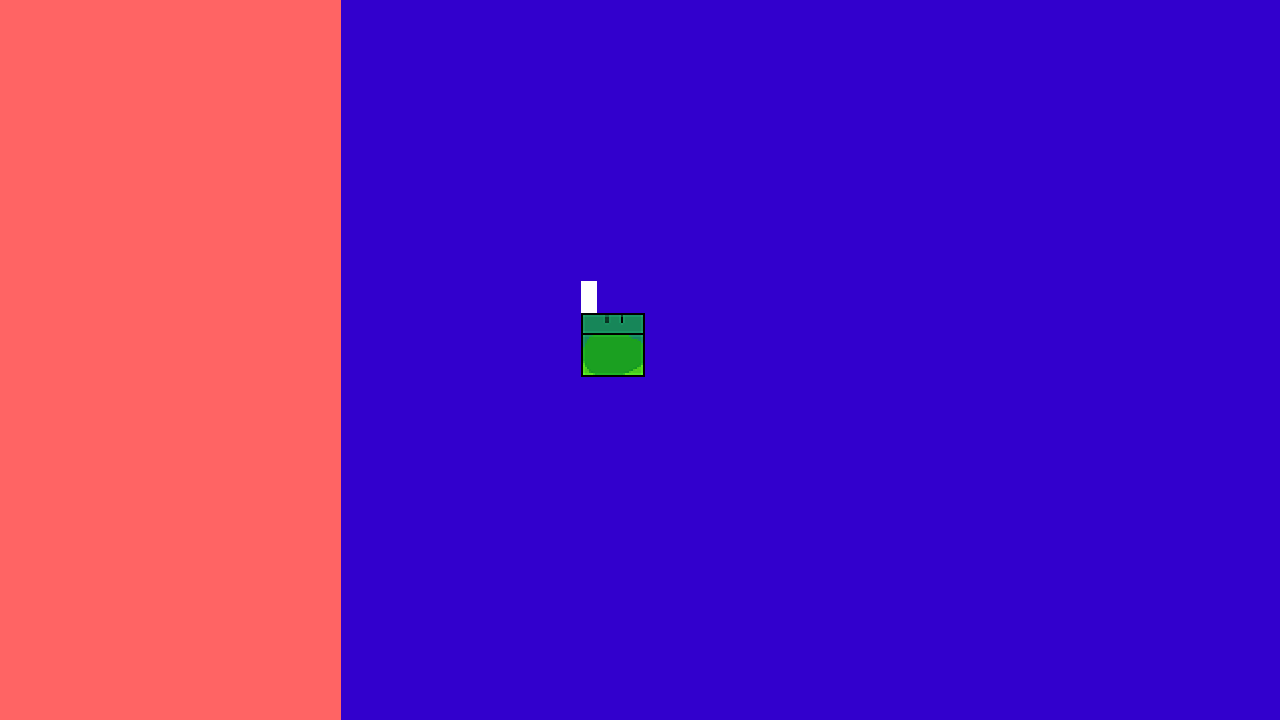
Repository: Nilabh-Bhowal/Dungeon-Game
Script's output: python main.py
These files come from the project's save history. The script's output is drawn as it stood at one moment and after a run of saves; the edit follows.
The window is shown after at most 60 frames with no key pressed. Random numbers start from a fixed seed. It also reads assets/images/entity/player.png.

Above is the script's output before, as saved 2023-06-27 13:00:49.

After the next 4 saves:
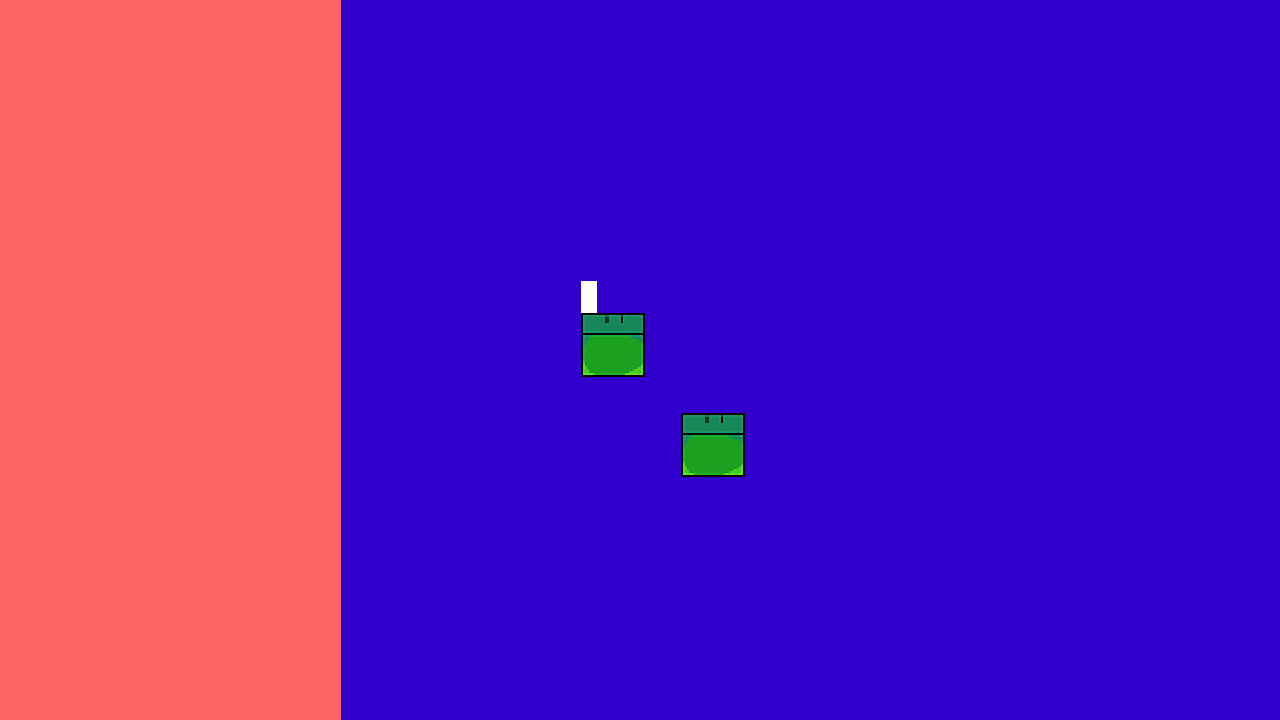
The 4 saves are shown as one change because 1 did not build or start and some came seconds apart.
The last was saved 31 s later.
--- a/main.py
+++ b/main.py
@@ -161,6 +161,8 @@ while running:
     for chest in chests:
         chest.draw(screen, scroll)
     player.draw(screen, scroll)
+    for enemy in enemies:
+        enemy.draw(screen, scroll)
 
     # updates display
     display.blit(pygame.transform.scale(screen, (WIDTH, HEIGHT)), (0, 0))
